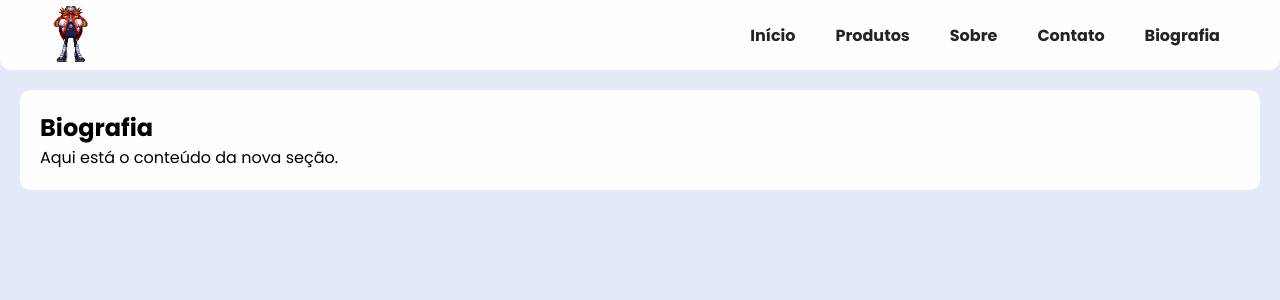
Repository: Matheus904-12/EggManSTORE
Page: index.html
An editor plug-in stored every save of this project. The page is shown before and after the next save, followed by the edit.
The browser window is 1280 px wide. The pictures show the whole page.

Above is the page before, as saved 2023-11-02 19:08:50.

After the next save:
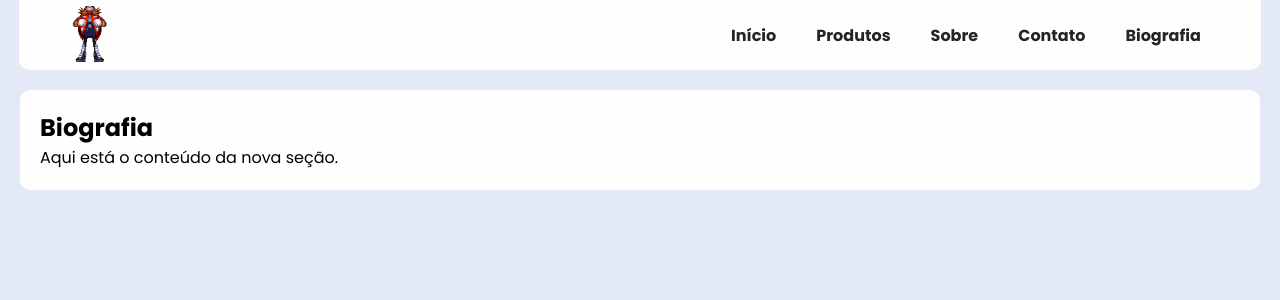
Saved 6 s later.
--- a/style.css
+++ b/style.css
@@ -17,7 +17,7 @@
     width: 100%;
 }
 header {
-    width: 97,5%;
+    width: 97%;
     height: 70px;
     background: #FEFEFE;
     display: flex;
